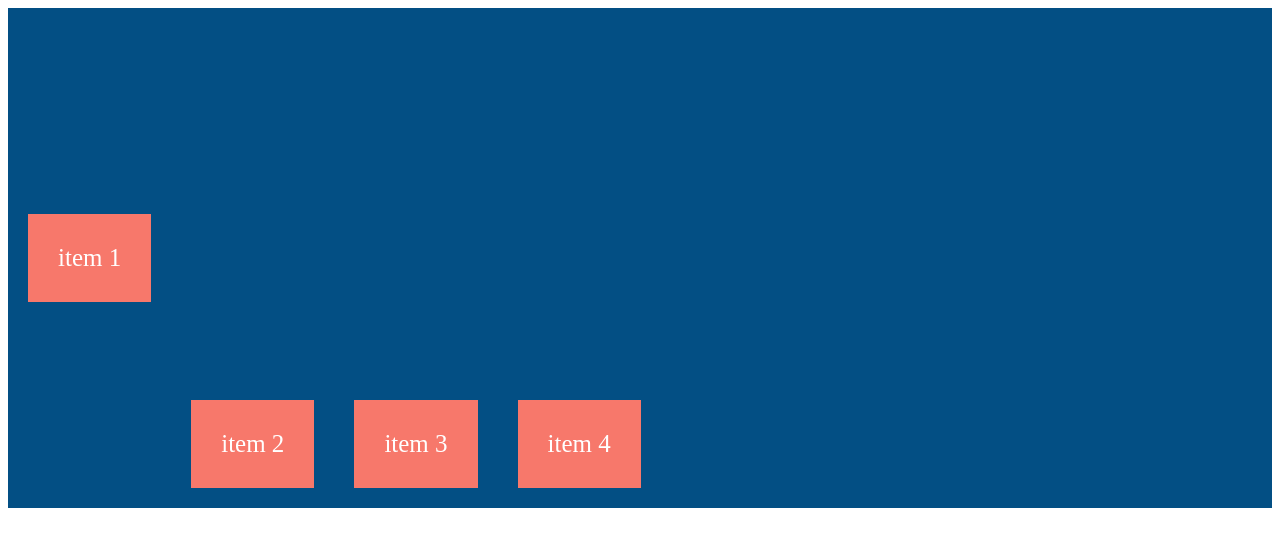
Repository: mehmetbuber38/flex
Page: flex-item-alignments.html
The author's editor kept a copy of each file at every save. The page is drawn from the files as they stood at one save, then again after the next save.
The browser window is 1280 px wide. The pictures show the whole page.

Above is the page before, as saved 2022-01-31 20:21:42.

After the next save:
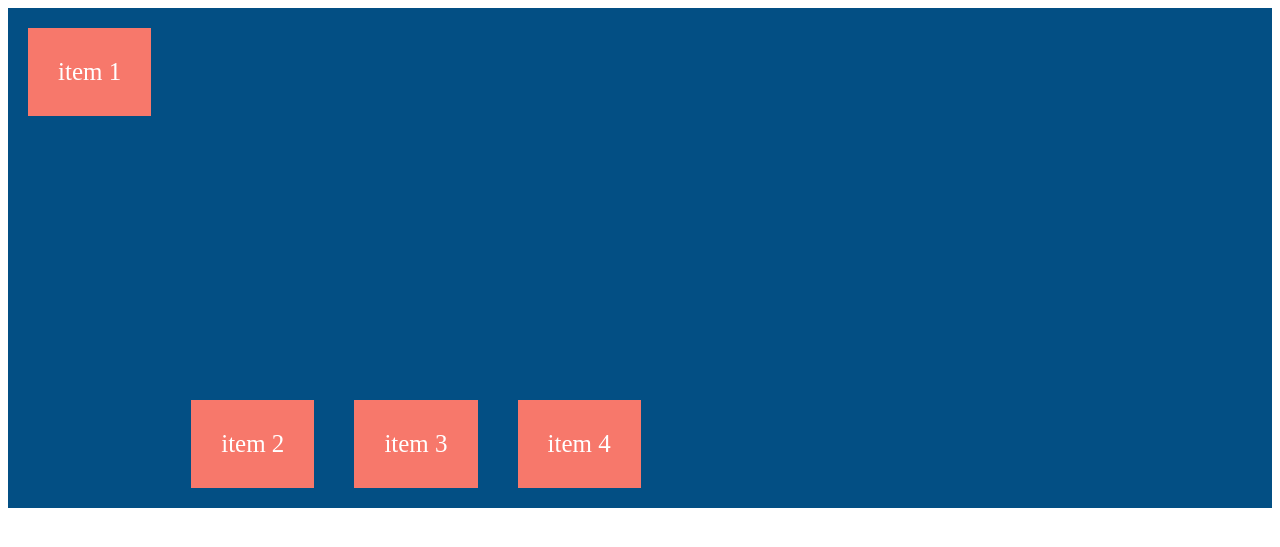
Saved 57 s later.
--- a/flex-item-alignments.html
+++ b/flex-item-alignments.html
@@ -28,7 +28,6 @@
     .item-1 {
 
         align-self: flex-start;
-        align-self: center;
     }
 
     .item {
